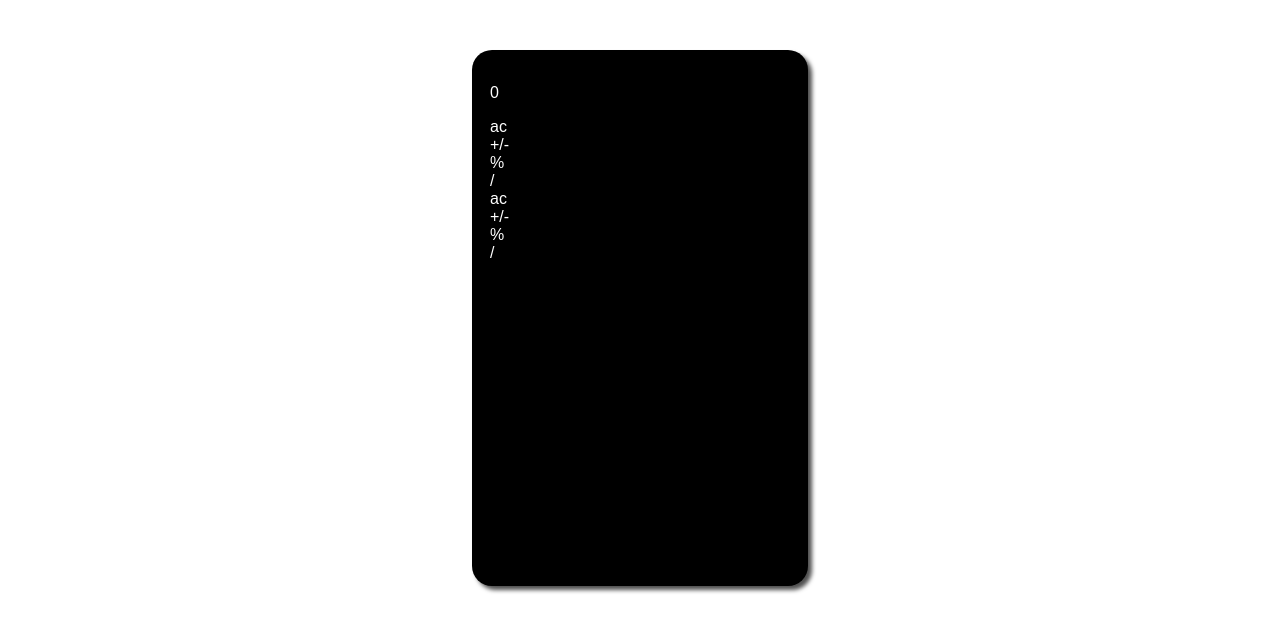
Repository: batonAnton/iphoneCalculator
Page: index.html
These files come from the project's save history. The page is drawn as it stood at one moment and after the next save; the edit follows.
The browser window is 1280 px wide. The pictures show the whole page.

Above is the page before, as saved 2022-03-09 17:30:10.

### index.html
<!DOCTYPE html>
<html lang="en">
<head>
    <meta charset="UTF-8">
    <meta http-equiv="X-UA-Compatible" content="IE=edge">
    <meta name="viewport" content="width=device-width, initial-scale=1.0">
    <title>Calculator</title>
    <link rel="stylesheet" href="style.css">
</head>
<body>
    <div class="calc">
        <div class="calc-screen">
            <p>0</p>
        </div>
        <div class="butons">
             <div class="btn">ac</div>
             <div class="btn">+/-</div>
             <div class="btn">%</div>
             <div class="btn">/</div>

             <div class="btn">ac</div>
             <div class="btn">+/-</div>
             <div class="btn">%</div>
             <div class="btn">/</div>
        </div>
    </div>
</body>
</html>

### style.css
/*
colors
bg #000
orange #ff9501
grey #a6a6a6
white #fdfdfd
*/

.calc {
  margin: 50px auto;
  width: 300px;
  height: 500px;
  /* border: 1px solid#000;  */
  border-radius: 20px;
  background: #000;
  color: #fff;
  font-family: Arial, Helvetica, sans-serif;
  padding: 18px;
  box-shadow: 4px 4px 4px #4f4f4f;
}

After the next save:
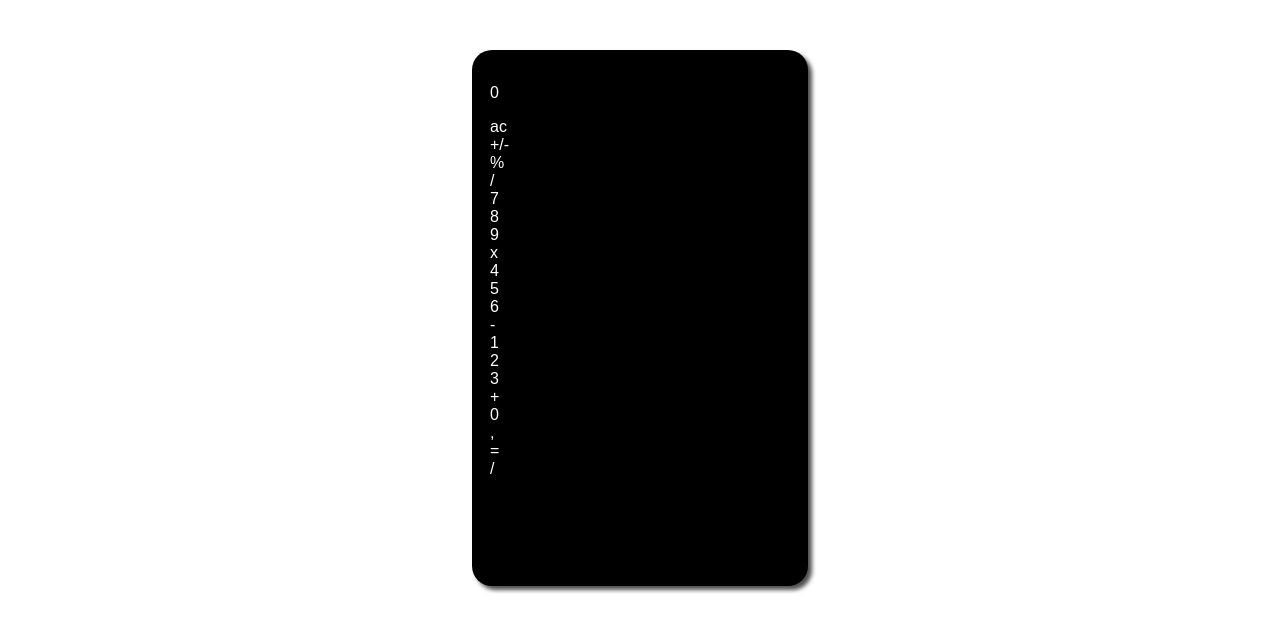
Saved 6 min 13 s later.
--- a/index.html
+++ b/index.html
@@ -13,14 +13,29 @@
             <p>0</p>
         </div>
         <div class="butons">
-             <div class="btn">ac</div>
-             <div class="btn">+/-</div>
+             <div class="btn ac bg-grey">ac</div>
+             <div class="btn plus-minus bg-grey">+/-</div>
              <div class="btn">%</div>
              <div class="btn">/</div>
 
-             <div class="btn">ac</div>
-             <div class="btn">+/-</div>
-             <div class="btn">%</div>
+             <div class="btn">7</div>
+             <div class="btn">8</div>
+             <div class="btn">9</div>
+             <div class="btn">x</div>
+
+             <div class="btn">4</div>
+             <div class="btn">5</div>
+             <div class="btn">6</div>
+             <div class="btn">-</div>
+
+             <div class="btn">1</div>
+             <div class="btn">2</div>
+             <div class="btn">3</div>
+             <div class="btn">+</div>
+
+             <div class="btn">0</div>
+             <div class="btn">,</div>
+             <div class="btn">=</div>
              <div class="btn">/</div>
         </div>
     </div>
